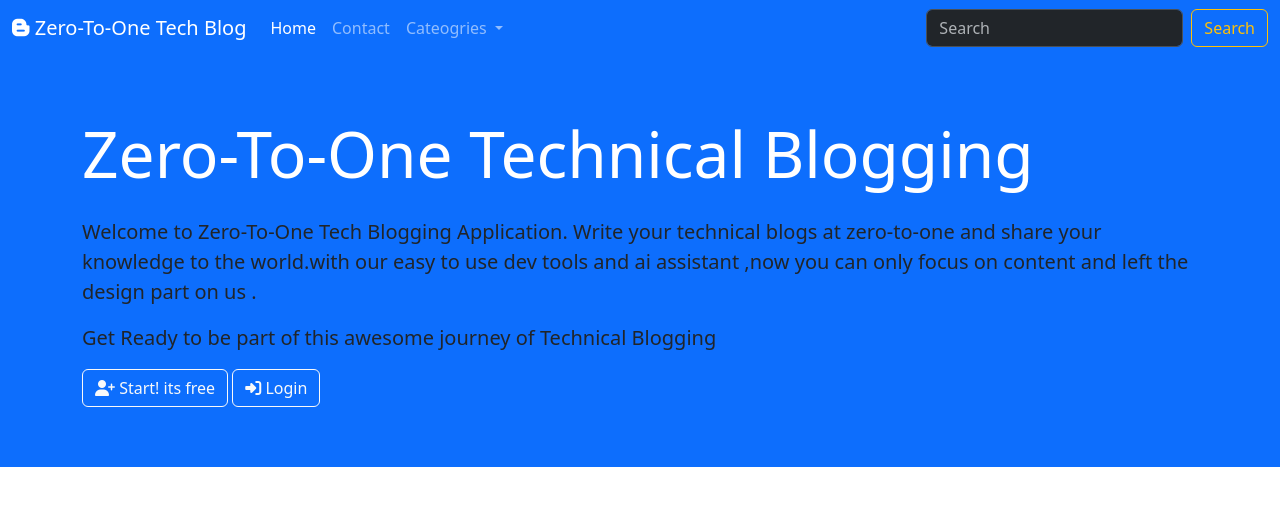
Repository: Gaurav560/PROJECT-ZeroToOne-TechBlog
Page: http://localhost/ZeroToOne/
An editor plug-in stored every save of this project. The page is shown before and after the next save, followed by the edit.
The browser window is 1280 px wide. The pictures show the whole page.
Some web libraries are served in a nearby version. The page is served by Tomcat 9.

Above is the page before, as saved 2023-04-29 07:37:43.

After the next save:
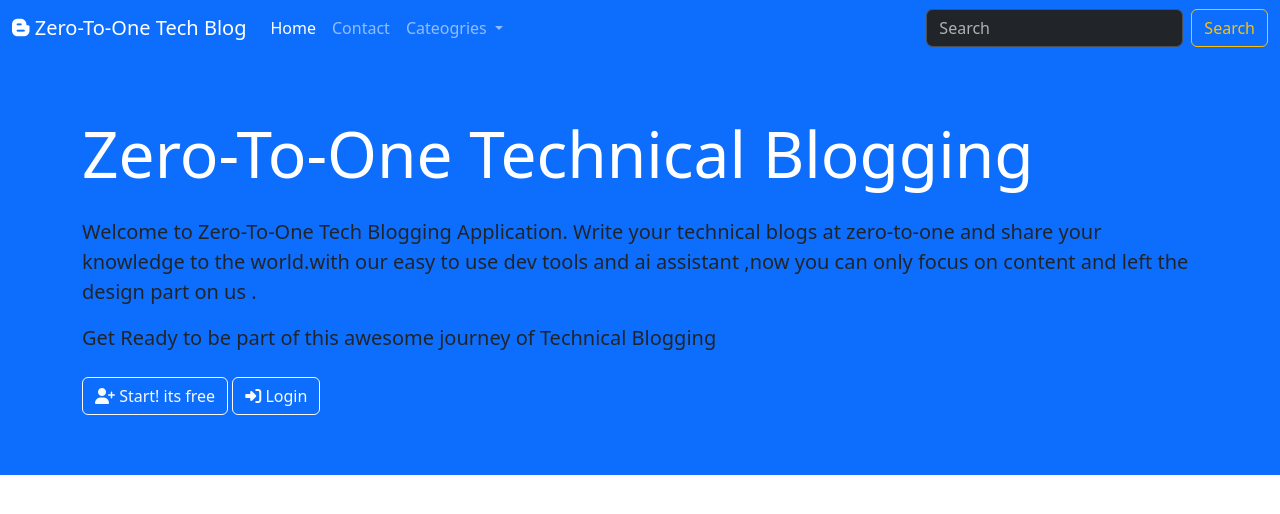
Saved 2 min 1 s later.
--- a/ZeroToOne/src/main/webapp/index.jsp
+++ b/ZeroToOne/src/main/webapp/index.jsp
@@ -31,7 +31,7 @@
 					technical blogs at zero-to-one and share your knowledge to the
 					world.with our easy to use dev tools and ai assistant ,now you can
 					only focus on content and left the design part on us .</p>
-				<p class="fs-5 text-dark">Get Ready to be part of this awesome journey of Technical
+				<p class="fs-5 text-dark pb-2">Get Ready to be part of this awesome journey of Technical
 					Blogging</p>
 					<p></p>
 					<button class="btn  btn-outline-light"> <i class="fa-solid fa-user-plus"></i> Start! its free</button>
